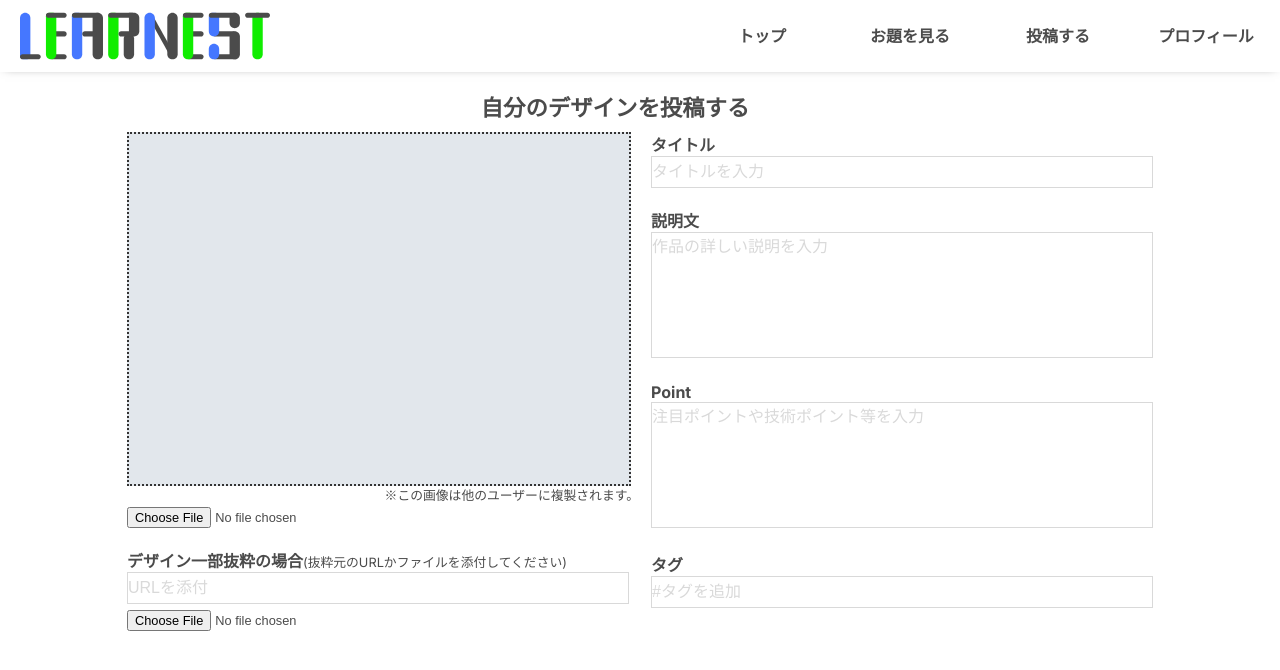
Repository: KawakamiAyaka/Learnest
Page: /inputPost
These files come from the project's save history. The page is drawn as it stood at one moment and after a run of saves; the edit follows.
The browser window is 1280 px wide. The pictures show the whole page.
The project was rebuilt for these pictures with package versions that can differ from the ones it lists, and the page was loaded fresh each time. The framework's server and built-in components were replaced by stand-ins that run in the browser. Also part of the build but not shown: next.config.mjs.

Above is the page before, as saved 2024-07-12 12:00:40.

### src/app/layout.tsx
import type { Metadata } from "next";
import { Inter } from "next/font/google";
import "./globals.css";
import Header from "@/Components/Header/Header";


const inter = Inter({ subsets: ["latin"] });

export const metadata: Metadata = {
  title: "learnest",
  description: "Generated by create next app",
};

export default function RootLayout({
  children,
}: Readonly<{
  children: React.ReactNode;
}>) {
  return (
    <html lang="ja">
      <body className={inter.className}>
        < Header/>
        {children}
      </body>
    </html>
  );
}

### src/app/inputPost/page.tsx
import style from "@/app/inputPost/inputPost.module.scss"

export default function inputPost() {
    return (
        <>
            <main className={style.input}>
                <h2 className={style.Title}>自分のデザインを投稿する</h2>
                <div className={style.inputWrap}>
                    <div>
                        <div className={style.inputFile}>
                            <p className={style.Notes}>※この画像は他のユーザーに複製されます。</p>
                        </div>
                        <input className={style.selectFile}type="file" />
                        <div className={style.ExcerptWrap}>
                            <h3>デザイン一部抜粋の場合<span>(抜粋元のURLかファイルを添付してください)</span></h3>
                            <input className={style.inputUrl} type="url" placeholder="URLを添付" name="URL"/>
                        </div>
                            <input className={style.selectFile} type="file" />
                    </div>
                    <div>
                        <h3>タイトル</h3>
                        <input className={style.inputTitle} type="text" placeholder="タイトルを入力" name="title"/>
                        <h3>説明文</h3>
                        <textarea className={style.explanation}  placeholder="作品の詳しい説明を入力" name="explanation"/>
                        <h3>Point</h3>
                        <textarea className={style.Point} placeholder="注目ポイントや技術ポイント等を入力"/>
                        <h3>タグ</h3>
                        <input className={style.tag} type="text" placeholder="#タグを追加"/>
                    </div>
                </div>
            </main>
        </>
    )
}

### src/app/globals.css
*{
  margin: 0;
  padding: 0;
  font-size: 16px;
  user-select: none;
  color: #4B4B4B;
  text-decoration: none;
}

### src/Components/Header/Header.tsx
// 'use client';
import Image from 'next/image'
import style from "@/Components/Header/Header.module.scss"
import Link from 'next/link';

export default function Header(){
    return(
        <>
            <header style={{
                        background:'white',
                        boxShadow:'0px 0px 10px -5px #777777',
                        width:'100%',
                        height:'10vh',
                        position:'fixed',
                        zIndex:'1000',
                        top:'0',
                        display:'flex',
                        alignItems:'center',
                        justifyContent:'space-between'
                    }}>
                <Image
                style={{marginLeft:'20px'}}
                src="LearnestLogo.svg"
                width={250}
                height={96}
                alt="larnestのロゴ"
                />
                <nav>
                    <ul style={{
                            display:'flex',
                            listStyleType:'none'
                        }}>
                        <li style={{
                                margin:'0 10px',
                                width:'8rem',
                                height:'2.5rem',
                                textAlign:'center',
                                lineHeight:'2.5rem'
                            }}>
                            <Link href="/"
                                style={{
                                    position:'relative',
                                    textDecoration:'none',
                                    fontWeight:'bold'
                                }}
                                className={style.Link}>トップ</Link>
                        </li>
                        <li style={{
                                margin:'0 10px',
                                width:'8rem',
                                height:'2.5rem',
                                textAlign:'center',
                                lineHeight:'2.5rem'
                            }}>
                            <Link href="/themaPost"
                                style={{
                                    position:'relative',
                                    textDecoration:'none',
                                    fontWeight:'bold'
                                }}
                                className={style.Link}>お題を見る</Link>
                        </li>
                        <li style={{
                                margin:'0 10px',
                                width:'8rem',
                                height:'2.5rem',
                                textAlign:'center',
                                lineHeight:'2.5rem'
                            }}>
                            <Link href="/inputPost"
                                style={{
                                    position:'relative',
                                    textDecoration:'none',
                                    fontWeight:'bold'
                                }}
                                className={style.Link}>投稿する</Link>
                        </li>
                        <li style={{
                                margin:'0 10px',
                                width:'8rem',
                                height:'2.5rem',
                                textAlign:'center',
                                lineHeight:'2.5rem'
                            }}>
                            <Link href="/profile"
                                style={{
                                    position:'relative',
                                    textDecoration:'none',
                                    fontWeight:'bold'
                                }}
                                className={style.Link}>プロフィール</Link>
                        </li>
                    </ul>
                </nav>
            </header>
        </>
    )
}

### src/app/inputPost/inputPost.module.scss
.input{
    margin-top: 90px;
    display: flex;
    flex-flow: column;
    justify-content: center;
    align-items: center;

    .Title{
        font-size: 1.4rem;
        margin-bottom: 10px;
        margin-left: -50px;
    }

    .inputWrap{
        display: flex;
        gap: 20px;

        .inputFile{
            background: #E2E7EC;
            width: 500px;
            height: 350px;
            border: dotted 2px #333;
            position: relative;
            margin-bottom: 20px;

            .Notes{
                position: absolute;
                bottom: -20px;
                right: -10px;
                font-size: 0.8rem;
            }
        }

        .selectFile{
            font-size: 0.8rem;
        }

        .ExcerptWrap{
            margin: 20px 0 5px 0;
            h3{
                span{
                    font-size: 0.8rem;
                    font-weight: normal;
                }
            }
            .inputUrl{
                width: 500px;
                height: 30px;
                border: #d9d9d9 1px solid;
                font-weight: normal;

            }
            .inputUrl::placeholder {
                color: #d9d9d9;
            }

            .inputUrl:focus::placeholder {
                color: transparent;
            }
        }
        .inputTitle{
            width: 500px;
            height: 30px;
            margin-bottom: 20px;
            border: #d9d9d9 1px solid;
            font-weight: normal;

        }
        .inputTitle::placeholder {
            color: #d9d9d9;
        }

        .inputTitle:focus::placeholder {
            color: transparent;
        }

        .explanation{
            width: 500px;
            height: 124px;
            margin-bottom: 20px;
            border: #d9d9d9 1px solid;

        }
        .explanation::placeholder {
            color: #d9d9d9;
        }

        .explanation:focus::placeholder {
            color: transparent;
        }

        .Point{
            width: 500px;
            height: 124px;
            margin-bottom: 20px;
            border: #d9d9d9 1px solid;

        }
        .Point::placeholder {
            color: #d9d9d9;
        }

        .Point:focus::placeholder {
            color: transparent;
        }

        textarea{
            resize: none;
        }

        .tag{
            width: 500px;
            height: 30px;
            margin-bottom: 20px;
            border: #d9d9d9 1px solid;

        }
        .tag::placeholder {
            color: #d9d9d9;
        }

        .tag:focus::placeholder {
            color: transparent;
        }
    }
}

### src/Components/Header/Header.module.scss

.Link{
    &::after{
        position: absolute;
        bottom: -5px;
        left: 0;
        content: "";
        width: 100%;
        height: 3px;
        background: #6084E7;
        // border-radius: 50vh;
        transform: scaleX(0);
        transform-origin: center top;
        transition: transform 0.3s;
    }

    &:hover::after{
        transform: scaleX(1);
        transform-origin: center top;
    }
}

After the next 2 saves:
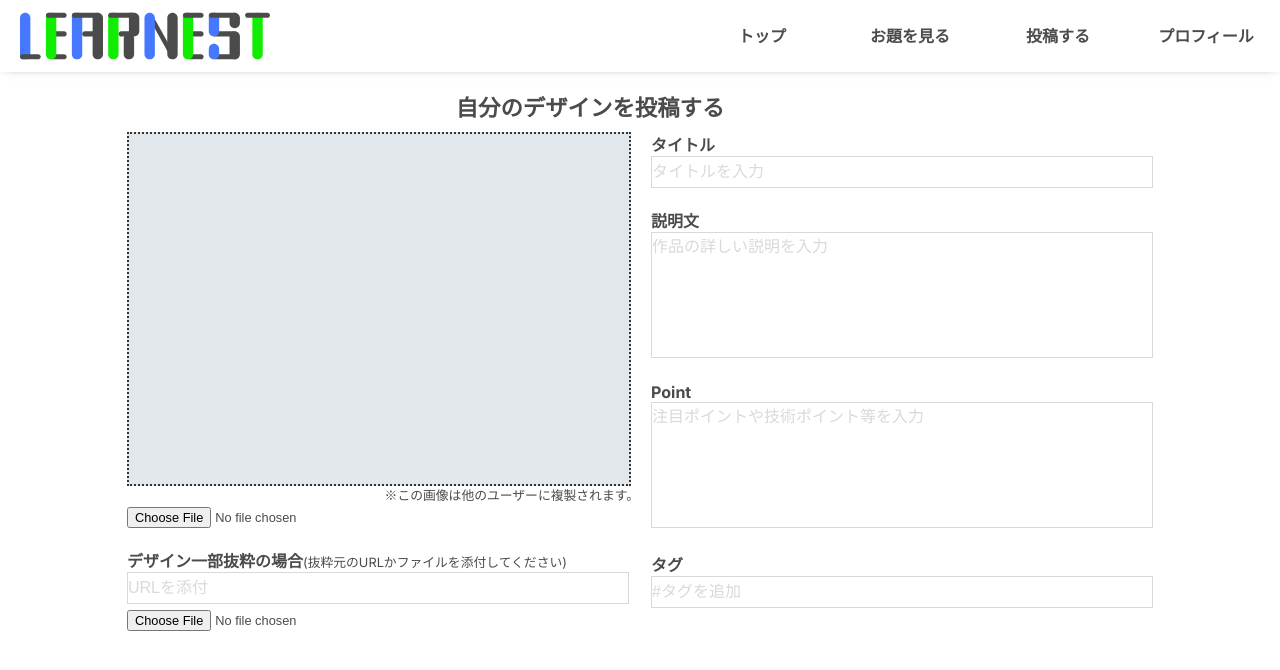
The 2 saves are shown as one change because they came seconds apart.
The last was saved 7 s later.
--- a/src/app/inputPost/inputPost.module.scss
+++ b/src/app/inputPost/inputPost.module.scss
@@ -8,7 +8,7 @@
     .Title{
         font-size: 1.4rem;
         margin-bottom: 10px;
-        margin-left: -50px;
+        margin-left: -100px;
     }
 
     .inputWrap{
